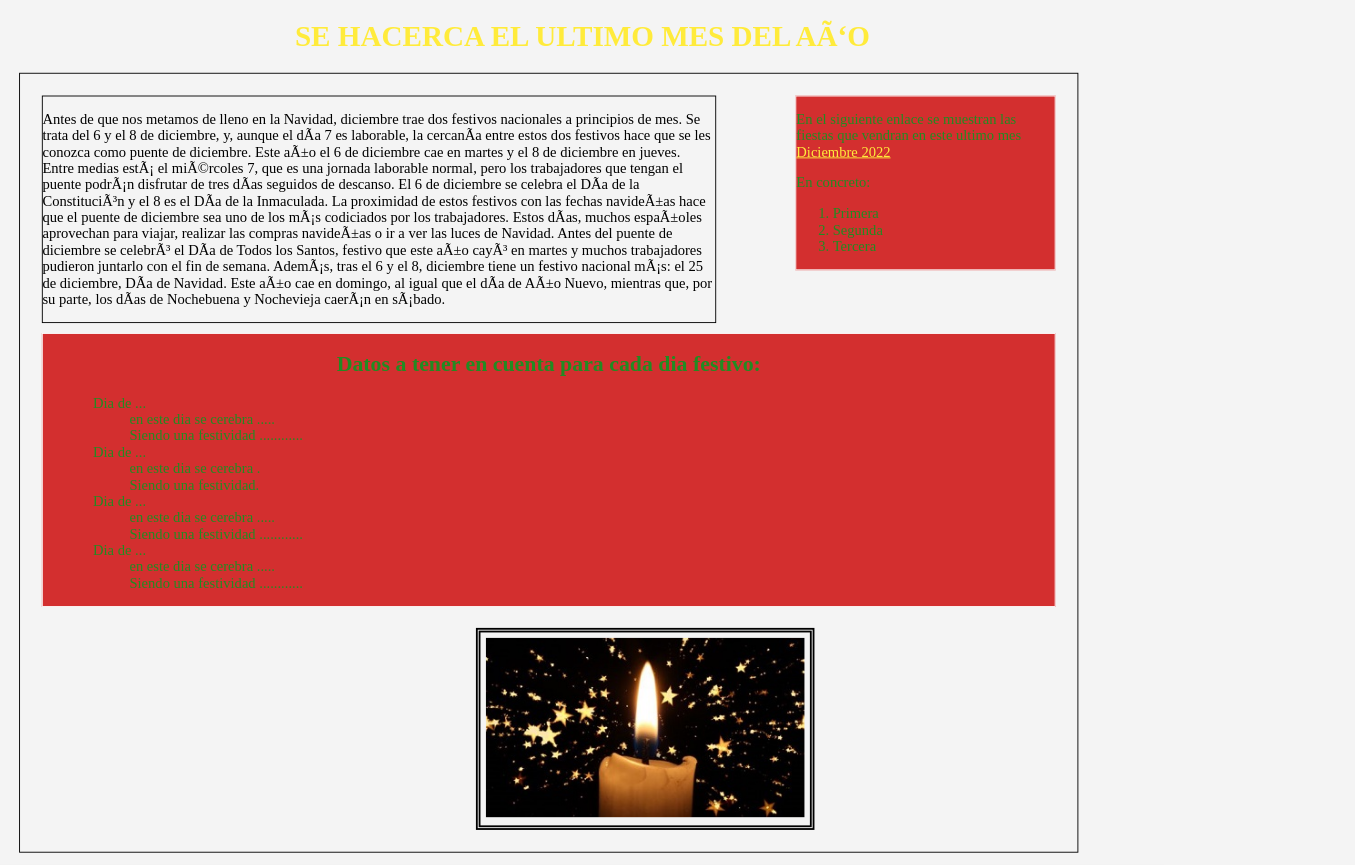
Repository: demoniers/clase
Page: lenguajes/examen2/src/index.html
The author's editor kept a copy of each file at every save. The page is drawn from the files as they stood at one save, then again after the next save.
The browser window is 1280 px wide. The page is 1280 px wide, then 1489 px, so the pictures cover 1489 px, including what lies to the right of the window. The pictures show the whole page, at 91% of full size.

Above is the page before, as saved 2024-11-06 13:51:00.

### lenguajes/examen2/src/index.html
<!DOCTYPE html>
<html>
  <head>
    <title>¡Festivos Fin de Año!</title>
    <link rel="stylesheet" href="../style/style.css" />
    <meta name="author" content="Diego" />
    <meta name="description" content="¡Festivos Fin de Año!" />
    <meta name="Date" content="06/11/2024"/>
    <meta name="keywords" content="Festivo, Fiesta"/>
    <meta charset="ISO 8859-1">
    <meta lang="ES, FR, IT">
  </head>

  <body>
    <h1 class="center">SE HACERCA EL ULTIMO MES DEL AÑO</h1>
    <div id="container">
      <div class="c65" >
        <p>Antes de que nos metamos de lleno en la Navidad, diciembre trae dos festivos nacionales a principios
          de mes. Se trata del 6 y el 8 de diciembre, y, aunque el día 7 es laborable, la cercanía entre estos dos
          festivos hace que se les conozca como puente de diciembre. Este año el 6 de diciembre cae en martes y
          el 8 de diciembre en jueves. Entre medias está el miércoles 7, que es una jornada laborable normal,
          pero los trabajadores que tengan el puente podrán disfrutar de tres días seguidos de descanso. El 6 de
          diciembre se celebra el Día de la Constitución y el 8 es el Día de la Inmaculada. La proximidad de estos
          festivos con las fechas navideñas hace que el puente de diciembre sea uno de los más codiciados por los
          trabajadores. Estos días, muchos españoles aprovechan para viajar, realizar las compras navideñas o ir a
          ver las luces de Navidad. Antes del puente de diciembre se celebró el Día de Todos los Santos, festivo
          que este año cayó en martes y muchos trabajadores pudieron juntarlo con el fin de semana. Además,
          tras el 6 y el 8, diciembre tiene un festivo nacional más: el 25 de diciembre, Día de Navidad. Este año
          cae en domingo, al igual que el día de Año Nuevo, mientras que, por su parte, los días de Nochebuena y
          Nochevieja caerán en sábado.
          </p>
      </div>
      <div class="c25" >
        <p>En el siguiente enlace se muestran las fiestas que vendran en este ultimo mes <a href="calendarioFestivos.html" target="_blank">Diciembre 2022</a></p>
        <p>En concreto:</p>
        <ol>
          <li>Primera</li>
          <li>Segunda</li>
          <li>Tercera</li>
        </ol>
      </div>
      <div class="cc" >
        <h2 class="center">Datos a tener en cuenta para cada dia festivo:</h2>
        <dl>
          <dt>Dia de ...</dt>
          <dd>en este dia se cerebra .....</dd>
          <dd>Siendo una festividad ............</dd>
          <dt>Dia de ...</dt>
          <dd>en este dia se cerebra .</dd>
          <dd>Siendo una festividad.</dd>
          <dt>Dia de ...</dt>
          <dd>en este dia se cerebra .....</dd>
          <dd>Siendo una festividad ............</dd>
          <dt>Dia de ...</dt>
          <dd>en este dia se cerebra .....</dd>
          <dd>Siendo una festividad ............</dd>
        </dl>
      </div>
      <div class="cimg" >
        <img src="../img/navidad.jpg">
      </div>
      <p class="fin"></p>
    </div>
  </body>
</html>

### lenguajes/examen2/style/style.css
body {
    background-color: #f4f4f4;
}
.center {
    text-align: center;
}
#container {
    border: 1px solid black;
    padding: 1%;
    margin-left: 0%, 25%,0%,25% ;
    height: 9s0%;
    width: 90%;
}
.c65{
    float: left;
    width: 65%;
    border: 1px solid black;
}
.c25{
    float: right;
    width: 25%;
    border: 1px solid white;
    background-color: #D32F2F;
    color: #228B22;
}
div {
    margin: 1%;
}
a, h1 {
    color: #FFEB3B;
}
.cc {
    clear: both;
    border: 1px solid white;
    background-color: #D32F2F;
    color: #228B22;
}
dl {
    margin-left: 5%;
}
.cimg {
    float: left;
    margin-left: 43%;
    border: 5px double black;
    padding: 0.5%;
}
.fin {
    clear:both;
}
.cenimg {
    margin-left: 25%;
    float: left;
}

After the next save:
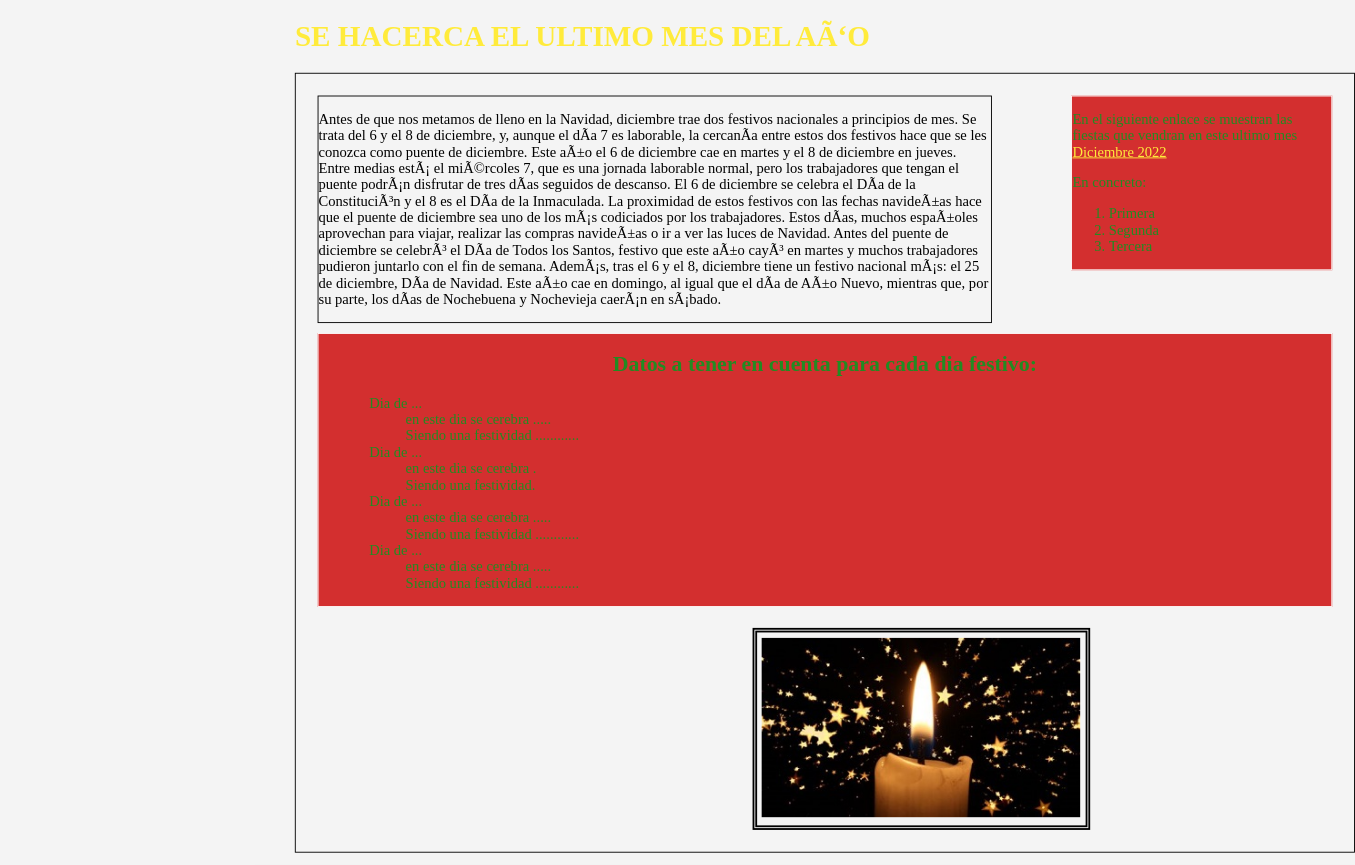
Saved 17 s later.
--- a/lenguajes/examen2/style/style.css
+++ b/lenguajes/examen2/style/style.css
@@ -7,7 +7,8 @@
 #container {
     border: 1px solid black;
     padding: 1%;
-    margin-left: 0%, 25%,0%,25% ;
+    margin-left: 25%;
+    margin-right: 25%;
     height: 9s0%;
     width: 90%;
 }
